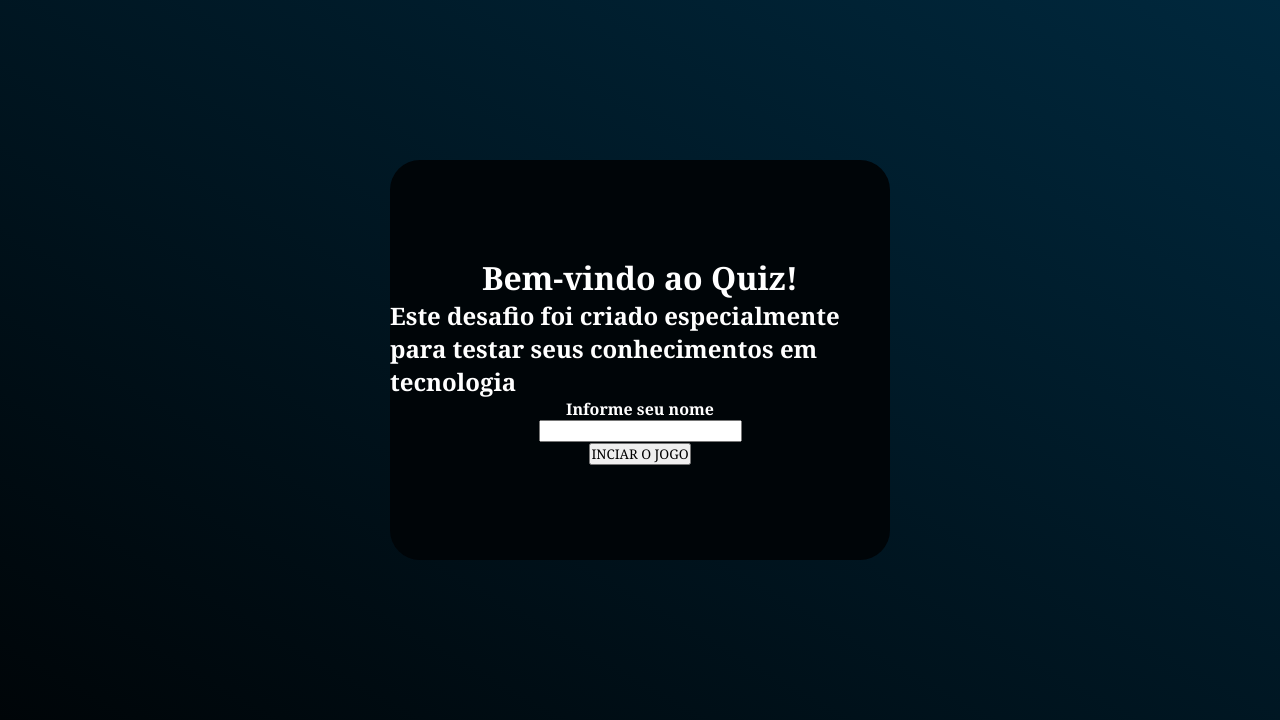
Repository: LaisSilvaO/Projeto-Quizz
Page: telas/apresentação.html
The author's editor kept a copy of each file at every save. The page is drawn from the files as they stood at one save, then again after the next save.
The browser window is 1280 px wide. The pictures show the whole page.

Above is the page before, as saved 2024-12-25 19:22:13.

### telas/apresentação.html
<!DOCTYPE html>
<html lang="pt-br">

<head>
    <meta charset="UTF-8">
    <meta name="viewport" content="width=device-width, initial-scale=1.0">
    <title>Quiz</title>
    <link rel="stylesheet" href="../img/tela.css">
</head>

<body>
    <div class="box1">
        <div class="box2">
            <H1> Bem-vindo ao Quiz!</H1>

            <h2>Este desafio foi criado especialmente para testar seus conhecimentos em tecnologia


            </h2>
            <h4>Informe seu nome </h4>
            <input type="text" id="nome">
            <A href="index.html">
                <h4><button>INCIAR O JOGO</button></h4>
            </A>
        </div>
    </div>

</body>

</html>

### img/tela.css
* {
  margin: 0;
  padding: 0;
  box-sizing: border-box;
  font-family: Cambria, Cochin, Georgia, Times, 'Times New Roman', serif;
}

body {
  height: 100vh;
  display: flex;
  justify-content: center;
  align-items: center;
  background: linear-gradient(210deg, #00283d, #000508);
}

main {
  background-color: white;
  padding: 10px;
  border-radius: 10px;
  width: 100%;
  max-width: 600px;
  min-height: 400px;
  display: flex;
  justify-content: center;
  align-items: center;
}

.box2 {
  color: white;
  position: relative;
  width: 500px;
  height: 400px;
  background-color: #000508;
  border-radius: 30px;
  display: flex;
  justify-content: center;
  align-items: center;
  flex-direction: column;
  overflow: hidden;
}

.box2::before {
  content: "";
  position: absolute;
  top: 0;
  left: 0;
  width: 100%;
  height: 100%;
  border: 5px solid transparent; /* Transparent border to define area */
  border-radius: 30px;
  background-image: linear-gradient(white, white),
                    linear-gradient(180deg, #07e2f1, #eb9b05),
                    linear-gradient(90deg, #07e2f1, #eb9b05);
  background-origin: border-box;
  background-clip: content-box, border-box;
  animation: snakeMove 4s infinite linear;
  z-index: -1; /* Ensure it's behind the content */
}

/* Keyframes for the "snake" animation */
@keyframes snakeMove {
  0% {
    transform: translateX(0) translateY(0);
  }
  25% {
    transform: translateX(100%) translateY(0); /* Move to the right */
  }
  50% {
    transform: translateX(100%) translateY(100%); /* Move down */
  }
  75% {
    transform: translateX(0) translateY(100%); /* Move to the left */
  }
  100% {
    transform: translateX(0) translateY(0); /* Move up */
  }
}

After the next save:
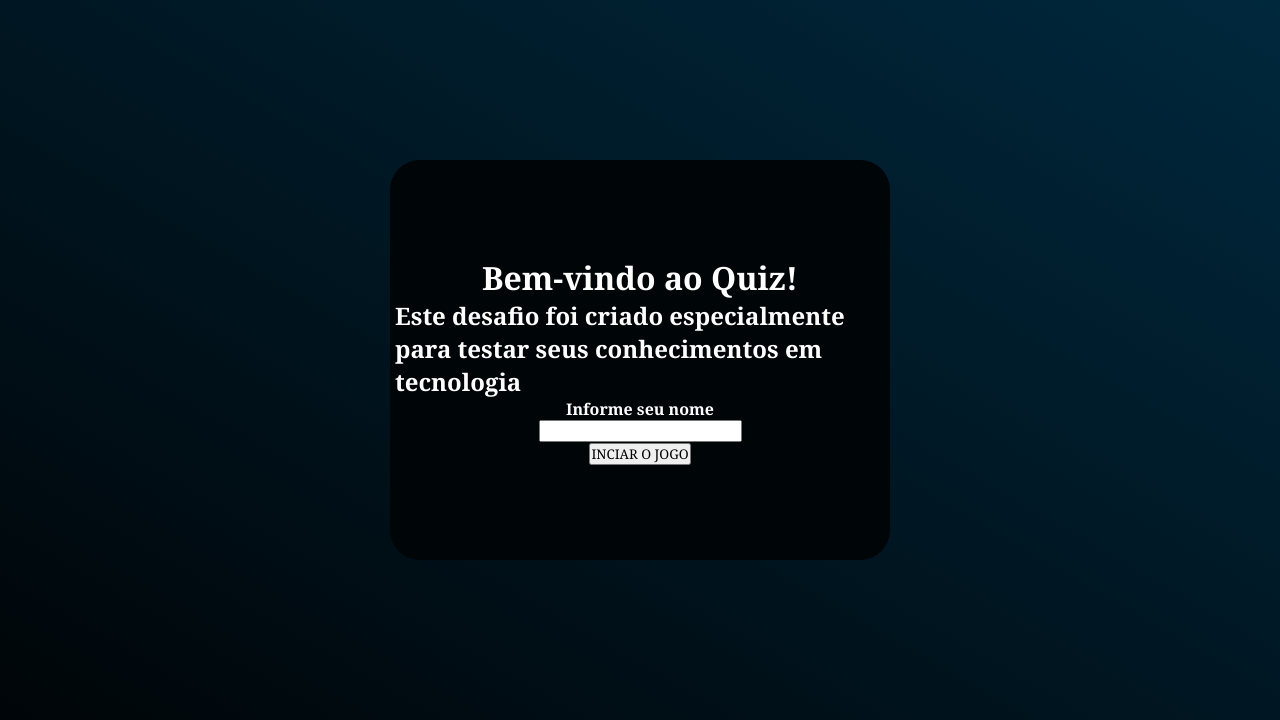
Saved 78 s later.
--- a/img/tela.css
+++ b/img/tela.css
@@ -37,6 +37,7 @@ main {
   align-items: center;
   flex-direction: column;
   overflow: hidden;
+  border: 5px solid transparent; /* Bordas transparentes */
 }
 
 .box2::before {
@@ -46,32 +47,30 @@ main {
   left: 0;
   width: 100%;
   height: 100%;
-  border: 5px solid transparent; /* Transparent border to define area */
   border-radius: 30px;
-  background-image: linear-gradient(white, white),
-                    linear-gradient(180deg, #07e2f1, #eb9b05),
+  background-image: linear-gradient(180deg, #07e2f1, #eb9b05),
                     linear-gradient(90deg, #07e2f1, #eb9b05);
   background-origin: border-box;
   background-clip: content-box, border-box;
   animation: snakeMove 4s infinite linear;
-  z-index: -1; /* Ensure it's behind the content */
+  z-index: -1; /* Coloca atrás do conteúdo */
 }
 
-/* Keyframes for the "snake" animation */
+/* Animação "cobrinha" nas bordas */
 @keyframes snakeMove {
   0% {
     transform: translateX(0) translateY(0);
   }
   25% {
-    transform: translateX(100%) translateY(0); /* Move to the right */
+    transform: translateX(100%) translateY(0); /* Move para a direita */
   }
   50% {
-    transform: translateX(100%) translateY(100%); /* Move down */
+    transform: translateX(100%) translateY(100%); /* Move para baixo */
   }
   75% {
-    transform: translateX(0) translateY(100%); /* Move to the left */
+    transform: translateX(0) translateY(100%); /* Move para a esquerda */
   }
   100% {
-    transform: translateX(0) translateY(0); /* Move up */
+    transform: translateX(0) translateY(0); /* Move para cima */
   }
 }

After the save that followed:
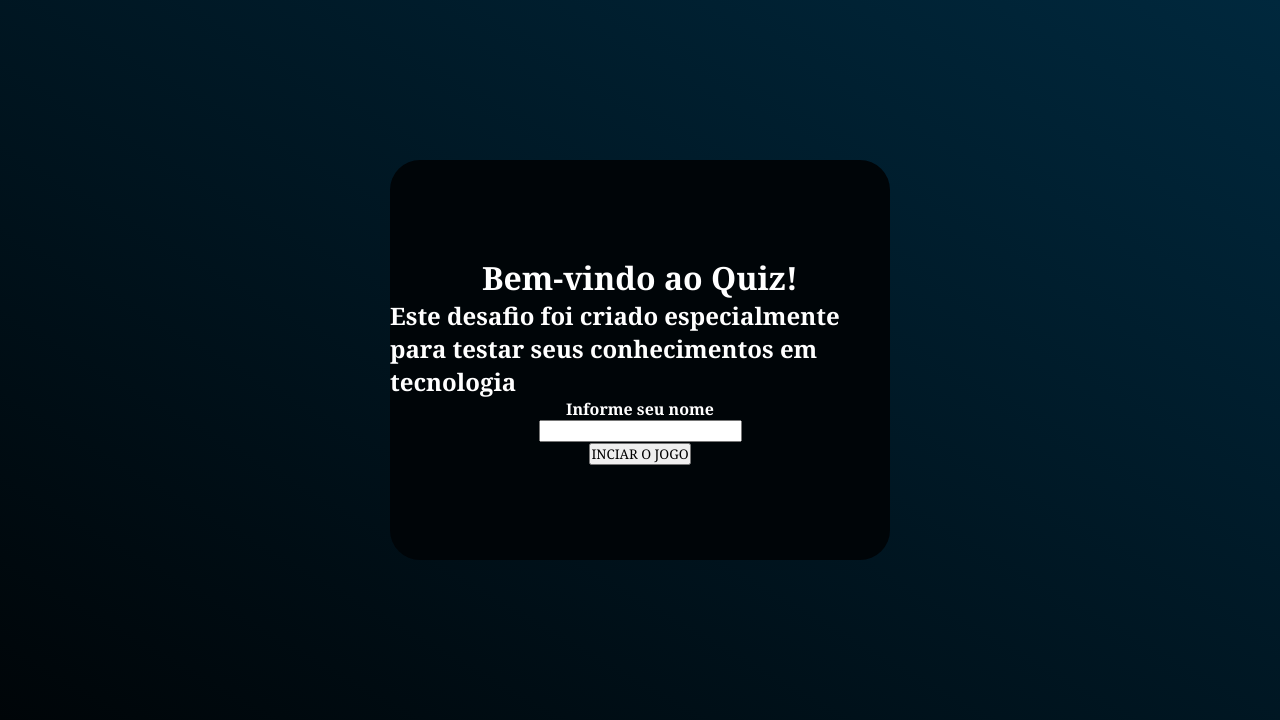
Saved 2 min 15 s later.
--- a/img/tela.css
+++ b/img/tela.css
@@ -37,7 +37,6 @@ main {
   align-items: center;
   flex-direction: column;
   overflow: hidden;
-  border: 5px solid transparent; /* Bordas transparentes */
 }
 
 .box2::before {
@@ -48,15 +47,16 @@ main {
   width: 100%;
   height: 100%;
   border-radius: 30px;
-  background-image: linear-gradient(180deg, #07e2f1, #eb9b05),
+  border: 5px solid transparent; /* Transparent border to define the area */
+  background-image: linear-gradient(white, white),
+                    linear-gradient(180deg, #07e2f1, #eb9b05),
                     linear-gradient(90deg, #07e2f1, #eb9b05);
   background-origin: border-box;
   background-clip: content-box, border-box;
   animation: snakeMove 4s infinite linear;
-  z-index: -1; /* Coloca atrás do conteúdo */
 }
 
-/* Animação "cobrinha" nas bordas */
+/* Animação de "cobrinha" */
 @keyframes snakeMove {
   0% {
     transform: translateX(0) translateY(0);
